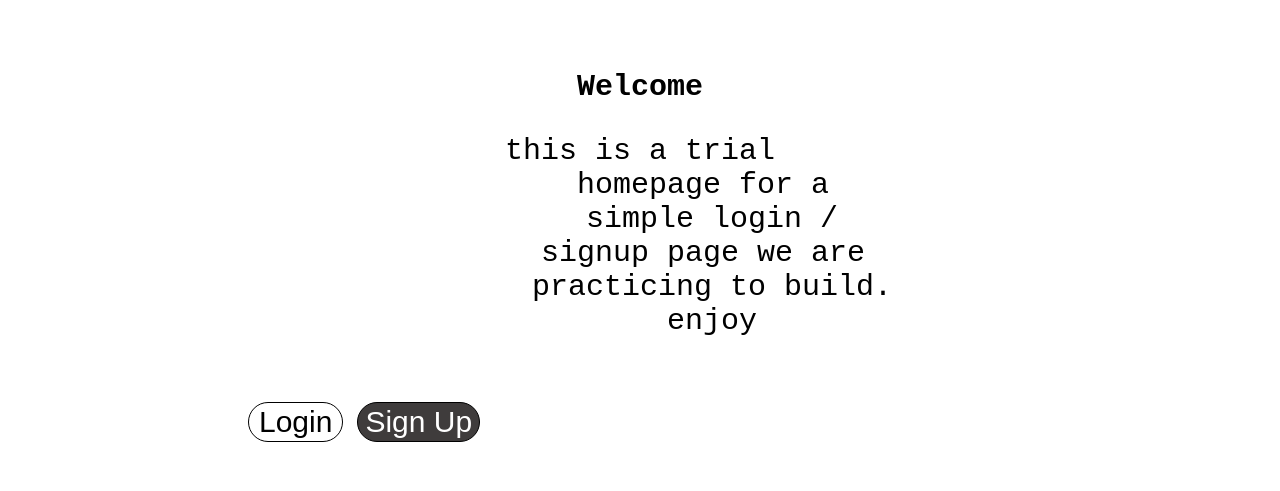
Repository: yhung004/TUTORIAL_PAGE
Page: home.html
The author's editor kept a copy of each file at every save. The page is drawn from the files as they stood at one save, then again after the next save.
The browser window is 1280 px wide. The pictures show the whole page.

Above is the page before, as saved 2024-04-10 01:53:58.

After the next save:
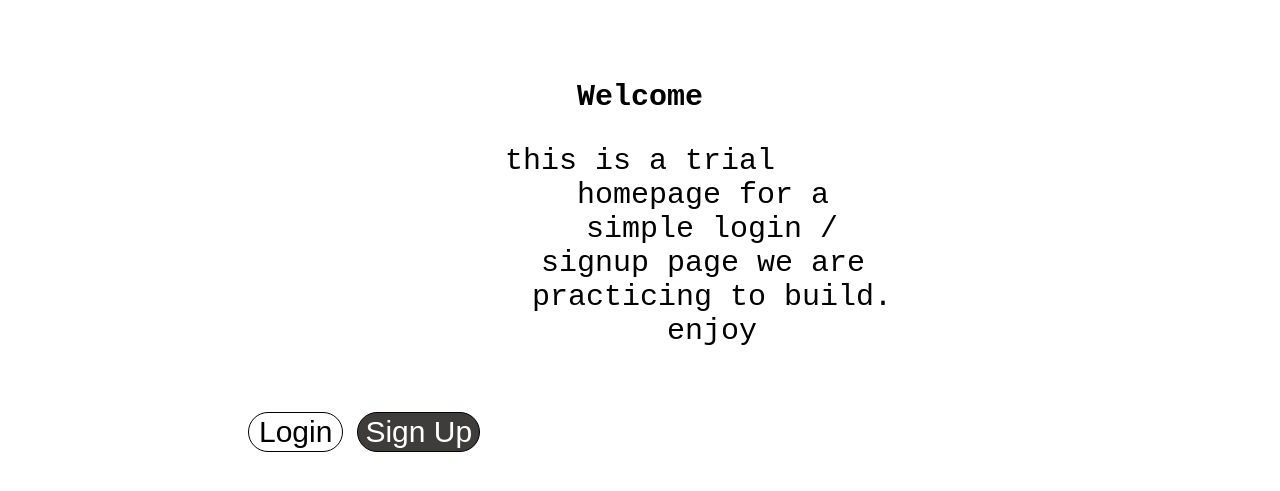
Saved 6 s later.
--- a/main.css
+++ b/main.css
@@ -2,7 +2,7 @@
     text-align: center;
     font-family: 'Courier New', Courier, monospace;
     font-size: 30px;
-    margin-top: 70px;
+    margin-top: 80px;
 }
 .welcome_text {
     text-align:center;
